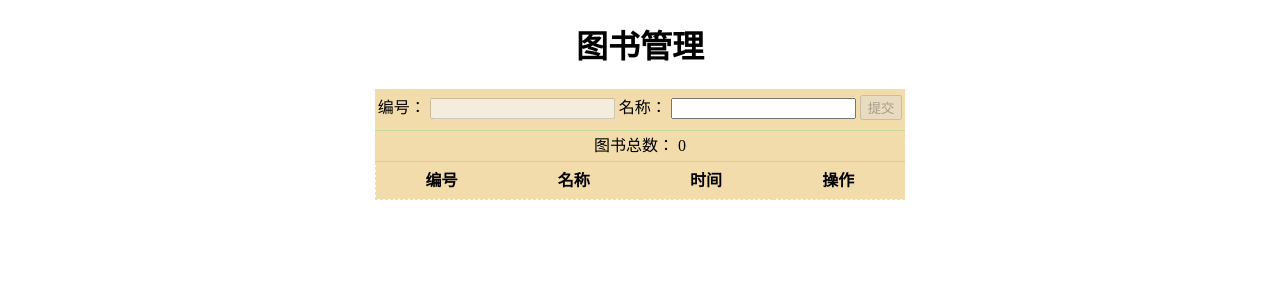
Repository: chenguocan/Vue_axios
Page: mybook/public/books.html
The author's editor kept a copy of each file at every save. The page is drawn from the files as they stood at one save, then again after the next save.
The browser window is 1280 px wide. The pictures show the whole page.
The page's requests for data from a server got no answer.

Above is the page before, as saved 2020-07-25 16:57:15.

### mybook/public/books.html
<!DOCTYPE html>
<html lang="en">
  <head>
    <meta charset="UTF-8" />
    <title>Document</title>
    <link rel="stylesheet" type="text/css" href="./css/index.css" />
  </head>
  <body>
    <div id="app">
      <div class="grid">
        <div>
          <h1>图书管理</h1>
          <div class="book">
            <div>
              <label for="id">
                编号：
              </label>
              <input
                type="text"
                id="id"
                v-model="id"
                :disabled="flag"
                v-focus
              />
              <label for="name">
                名称：
              </label>
              <input type="text" id="name" v-model="name" />
              <button @click="handle" :disabled="submitFlag">提交</button>
            </div>
          </div>
        </div>
        <div class="total">
          <span>图书总数：</span>
          <span>{{total}}</span>
        </div>
        <table>
          <thead>
            <tr>
              <th>编号</th>
              <th>名称</th>
              <th>时间</th>
              <th>操作</th>
            </tr>
          </thead>
          <tbody>
            <tr :key="item.id" v-for="item in books">
              <td>{{item.id}}</td>
              <td>{{item.name}}</td>
              <td>{{item.date | format('yyyy-MM-dd hh:mm:ss')}}</td>
              <td>
                <a href="" @click.prevent="toEdit(item.id)">修改</a>
                <span>|</span>
                <a href="" @click.prevent="deleteBook(item.id)">删除</a>
              </td>
            </tr>
          </tbody>
        </table>
      </div>
    </div>
    <script type="text/javascript" src="./js/vue.js"></script>
    <script src="./js/axios.js"></script>
    <script type="text/javascript">
      /*
         图书管理-添加图书
       */
      axios.defaults.baseURL = "http://localhost:3000";
      axios.interceptors.response.use(
        function (res) {
          return res.data;
        },
        function (error) {
          console.log("数据出错");
        }
      );
      Vue.directive("focus", {
        inserted: function (el) {
          el.focus();
        },
      });
      Vue.filter("format", function (value, arg) {
        function dateFormat(date, format) {
          if (typeof date === "string") {
            var mts = date.match(/(\/Date\((\d+)\)\/)/);
            if (mts && mts.length >= 3) {
              date = parseInt(mts[2]);
            }
          }
          date = new Date(date);
          if (!date || date.toUTCString() == "Invalid Date") {
            return "";
          }
          var map = {
            M: date.getMonth() + 1, //月份
            d: date.getDate(), //日
            h: date.getHours(), //小时
            m: date.getMinutes(), //分
            s: date.getSeconds(), //秒
            q: Math.floor((date.getMonth() + 3) / 3), //季度
            S: date.getMilliseconds(), //毫秒
          };
          format = format.replace(/([yMdhmsqS])+/g, function (all, t) {
            var v = map[t];
            if (v !== undefined) {
              if (all.length > 1) {
                v = "0" + v;
                v = v.substr(v.length - 2);
              }
              return v;
            } else if (t === "y") {
              return (date.getFullYear() + "").substr(4 - all.length);
            }
            return all;
          });
          return format;
        }
        return dateFormat(value, arg);
      });
      var vm = new Vue({
        el: "#app",
        data: {
          flag: true,
          submitFlag: true,
          id: "",
          name: "",
          books: [],
        },
        methods: {
          queryData: async function () {
            this.books = await axios.get("/books");
          },
          handle: async function () {
            if (this.flag) {
              // 编辑图书
              // 就是根据当前的ID去更新数组中对应的数据
              // this.books.some((item) => {
              //   if (item.id == this.id) {
              //     item.name = this.name;
              //     // 完成更新操作之后，需要终止循环
              //     return true;
              //   }
              // });
              var ret = await axios.put("/books/" + this.id, {
                name: this.name,
              });
              if (ret.status == 200) {
                this.queryData();
              }
              this.flag = false;
            } else {
              // 添加图书
              // var book = {};
              // book.id = this.id;
              // book.name = this.name;
              // book.date = 2525609975000;
              // this.books.push(book);
              // 清空表单
              // this.id = "";
              // this.name = "";
              var ret = await axios.post("/books", {
                name: this.name,
              });
              if (ret.status === 200) {
                this.queryData();
              }
            }
            // 清空表单
            this.id = "";
            this.name = "";
          },
          toEdit: async function (id) {
            // 禁止修改ID
            this.flag = true;
            // // console.log(id);
            // // 根据ID查询出要编辑的数据
            // var book = this.books.filter(function (item) {
            //   return item.id == id;
            // });
            var data = await axios.get("/books/" + id);
            console.log(data);
            //console.log(book);
            // 把获取到的信息填充到表单
            this.id = data.id;
            this.name = data.name;
            var ret = await axios.put("/books/" + id, {
              name: this.name,
            });
            console.log(id);
            console.log(ret.status);
          },
          deleteBook: async function (id) {
            // 删除图书
            // 根据id从数组中查找元素的索引
            // var index = this.books.findIndex(function(item){
            //   return item.id == id;
            // });
            // 根据索引删除数组元素
            // this.books.splice(index, 1);
            // -------------------------
            // 方法二：通过filter方法进行删除
            // this.books = this.books.filter(function (item) {
            //   return item.id != id;
            // });
            var ret = await axios.delete("/books/" + id);
            if (ret.status === 200) {
              alert("删除成功");
              this.queryData();
            } else {
              alert("删除失败");
            }
          },
        },
        computed: {
          total: function () {
            // 计算图书的总数
            return this.books.length;
          },
        },
        watch: {
          name: async function (val) {
            // // 验证图书名称是否已经存在
            // var flag = this.books.some(function (item) {
            //   return item.name == val;
            // });
            var ret = await axios.get("/books/book/" + this.name);
            if (ret.status === 1) {
              // 图书名称存在
              this.submitFlag = true;
            } else {
              // 图书名称不存在
              this.submitFlag = false;
            }
          },
        },
        mounted: function () {
          // 该生命周期钩子函数被触发的时候，模板已经可以使用
          // 一般此时用于获取后台数据，然后把数据填充到模板
          this.queryData();
        },
      });
    </script>
  </body>
</html>

### mybook/public/css/index.css
.grid {
  margin: auto;
  width: 530px;
  text-align: center;
}
.grid table {
  border-top: 1px solid #c2d89a;
  width: 100%;
  border-collapse: collapse;
}
.grid th,
td {
  padding: 10;
  border: 1px dashed #f3dcab;
  height: 35px;
  line-height: 35px;
}
.grid th {
  background-color: #f3dcab;
}
.grid .book {
  padding-bottom: 10px;
  padding-top: 5px;
  background-color: #f3dcab;
}
.grid .total {
  height: 30px;
  line-height: 30px;
  background-color: #f3dcab;
  border-top: 1px solid #c2d89a;
}

Loaded but not shown: mybook/public/js/vue.js (library); mybook/public/js/axios.js (1660 lines, source omitted)

After the next save:
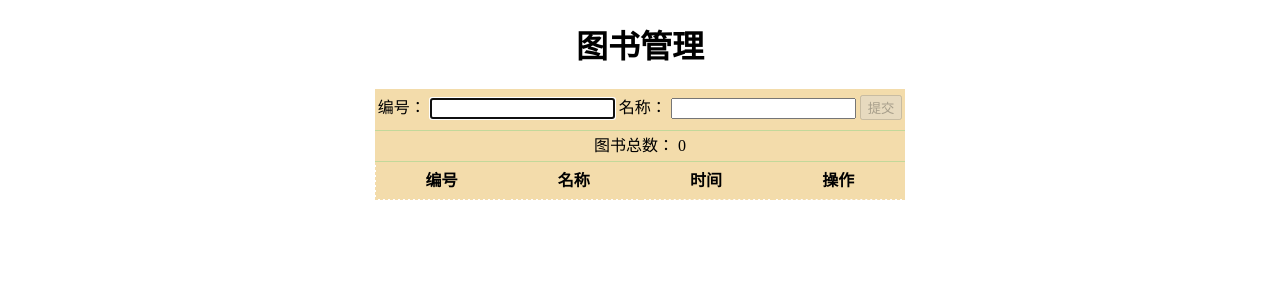
Saved 41 s later.
--- a/mybook/public/books.html
+++ b/mybook/public/books.html
@@ -119,7 +119,7 @@
       var vm = new Vue({
         el: "#app",
         data: {
-          flag: true,
+          flag: false,
           submitFlag: true,
           id: "",
           name: "",
